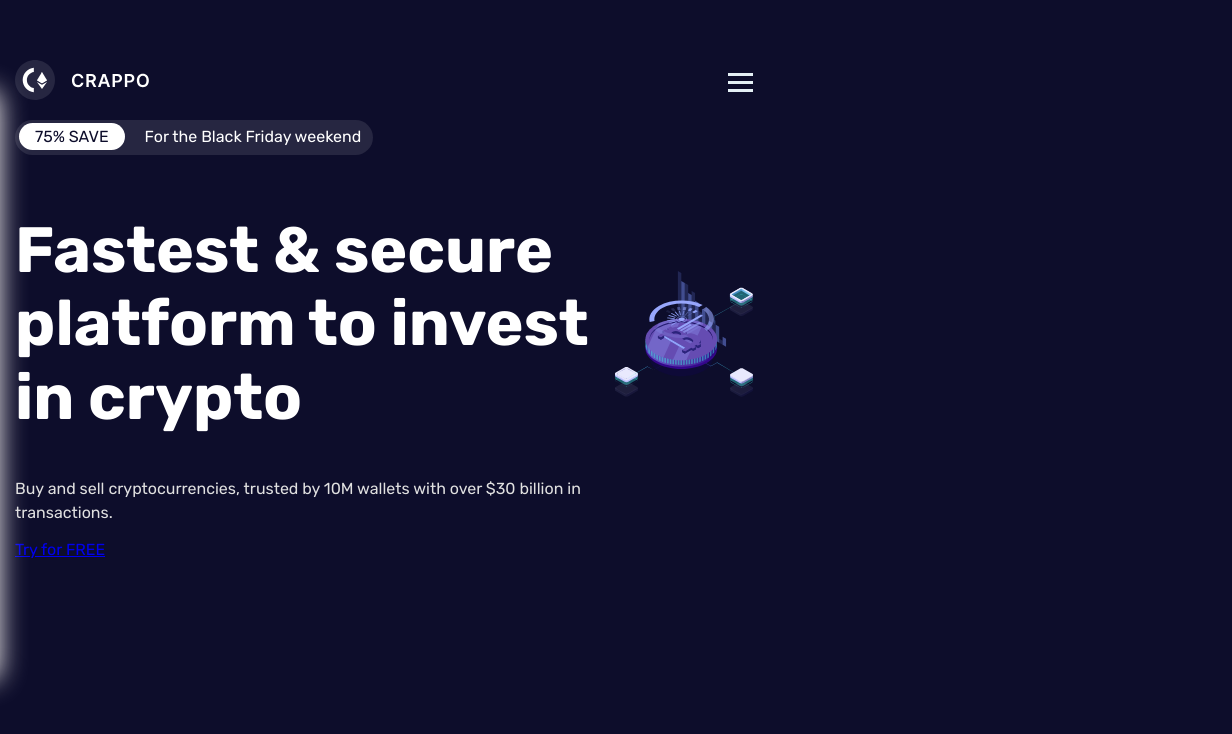
Repository: shtepaa/project-works.github.io
Page: crappo/index.html
These files come from the project's save history. The page is drawn as it stood at one moment and after a run of saves; the edit follows.
The browser window is 768 px wide. The page is 1232 px wide, so the pictures cover 1232 px, including what lies to the right of the window. The pictures show the whole page.

Above is the page before, as saved 2021-11-02 16:04:48.

After the next 2 saves:
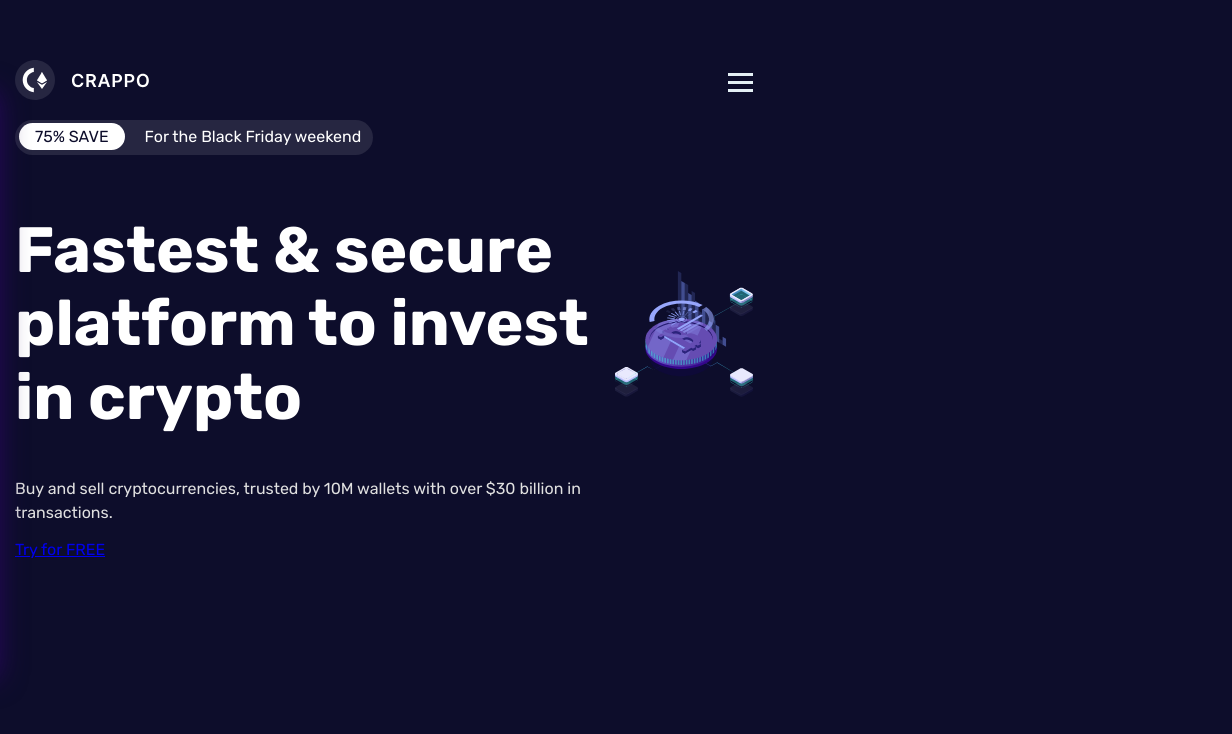
The 2 saves are shown as one change because they came seconds apart.
The last was saved 32 s later.
--- a/crappo/styles/style.css
+++ b/crappo/styles/style.css
@@ -141,7 +141,7 @@ body {
         text-align: center;
         transition: 0.3s;
         box-shadow:
-            0 10px 27px rgba(247, 243, 242, 0.973);
+            0 10px 27px rgba(39, 7, 92, 0.973);
     }
 
     .nav.active {
